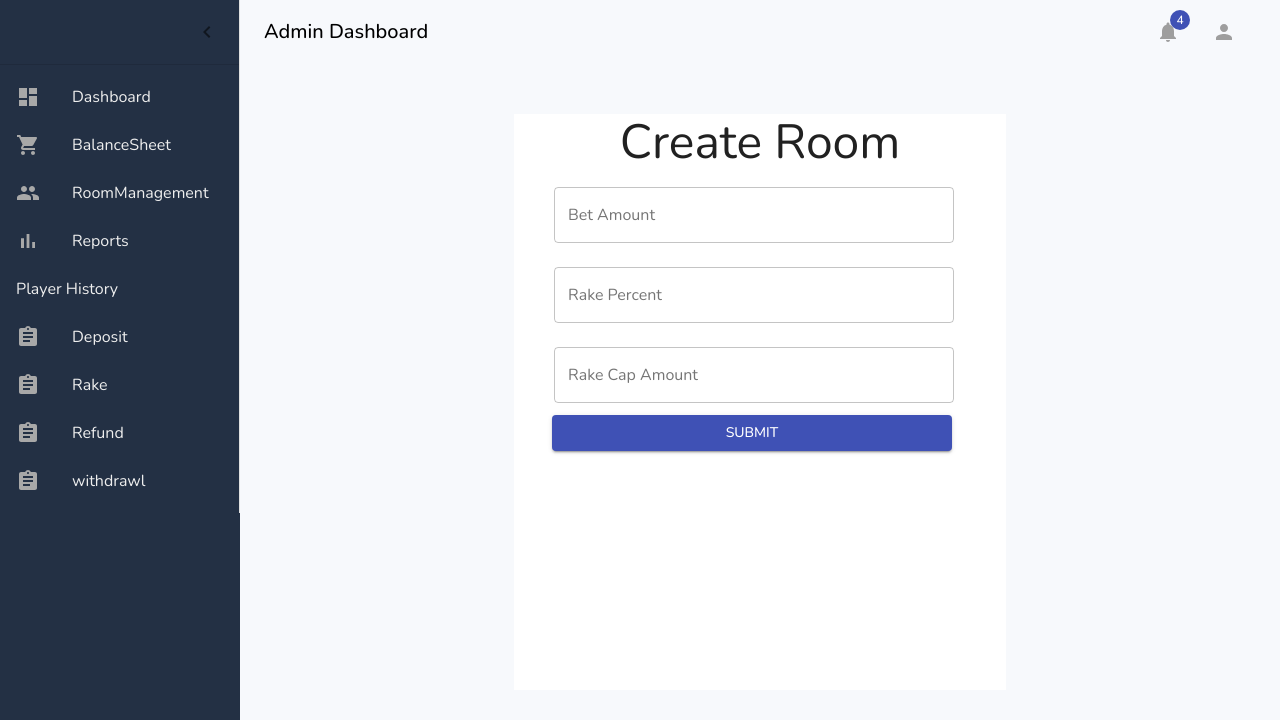
Repository: imayankbisht/ludofrontend
Page: /create
An editor plug-in stored every save of this project. The page is shown before and after the next save, followed by the edit.
The browser window is 1280 px wide. The pictures show the whole page.
An inner scrolling area shows only its first screen. The project was rebuilt for these pictures with package versions that can differ from the ones it lists, and the page was loaded fresh each time. Also part of the build but not shown: src/Components/Title.js, src/Components/Cards/Deposits.js, src/Components/Cards/Cashout.js, src/Components/Cards/Netbalance.js, src/Components/Cards/Rake.js, src/Components/Cards/Refund.js, src/Components/UserControl.js, src/Components/UserTable.js and 5 more.

Above is the page before, as saved 2021-01-20 13:14:04.

After the next save:
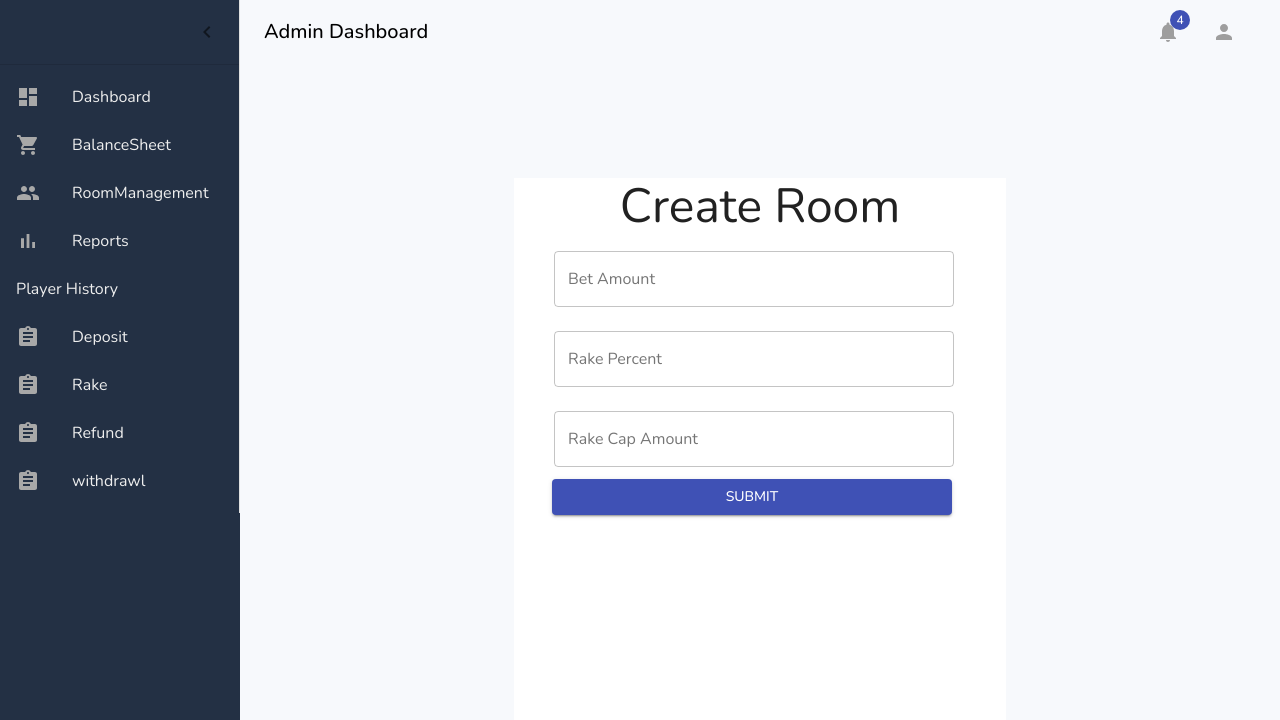
Saved 49 s later.
--- a/src/Components/UserForm.js
+++ b/src/Components/UserForm.js
@@ -58,7 +58,7 @@ export default function UserForm(props){
     }
     return(
       <ThemeProvider theme={theme}>
-            <Container  maxWidth="sm" className={classes.root}>
+            <Container  maxWidth="sm" className={classes.paper}>
             <Typography component="div" style={{ backgroundColor: '#FFFFFF', height: '80vh' ,margin:'30px' }}>
             <Typography align="center" variant="h3" component="h2" gutterBottom>
                 {heading}
